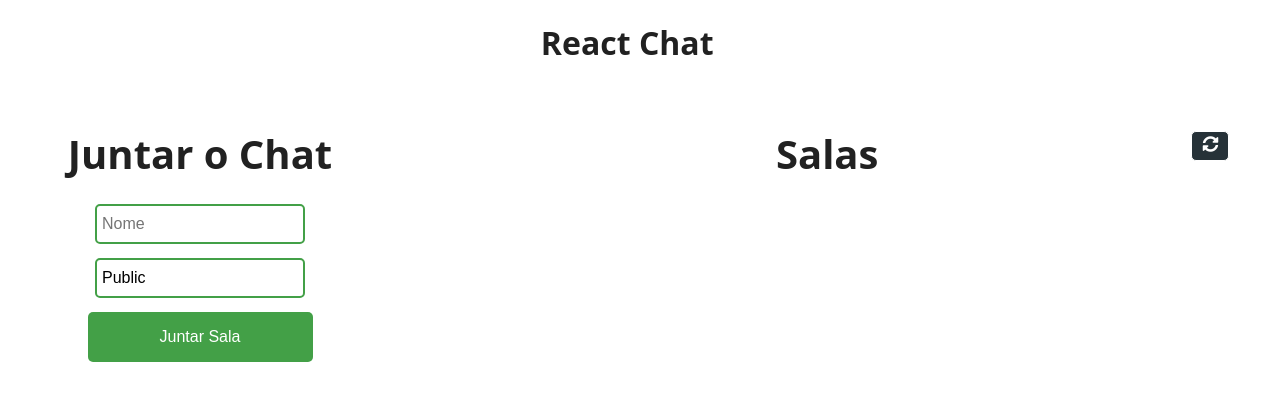
Repository: hierotsu/chat-rooms-react-
Page: / (app in client/)
An editor plug-in stored every save of this project. The page is shown before and after the next save, followed by the edit.
The browser window is 1280 px wide. The pictures show the whole page.
The page's requests for data from a server got no answer. The project was rebuilt for these pictures with package versions that can differ from the ones it lists, and the page was loaded fresh each time. No one was signed in, and anything a server would have sent is missing. Also part of the build but not shown: client/src/components/User.js, client/src/components/Chat.js.

Above is the page before, as saved 2022-02-02 17:18:57.

### client/public/index.html
<!DOCTYPE html>
<html lang="en">
	<head>
		<meta charset="utf-8" />
		<link rel="icon" href="%PUBLIC_URL%/favicon.ico" />
		<meta name="viewport" content="width=device-width, initial-scale=1" />
		<meta name="theme-color" content="#000000" />
		<meta
			name="description"
			content="Web site created using create-react-app"
		/>
		<link rel="apple-touch-icon" href="%PUBLIC_URL%/logo192.png" />
		<!--
      manifest.json provides metadata used when your web app is installed on a
      user's mobile device or desktop. See https://developers.google.com/web/fundamentals/web-app-manifest/
    -->
		<link rel="manifest" href="%PUBLIC_URL%/manifest.json" />
		<!--
      Notice the use of %PUBLIC_URL% in the tags above.
      It will be replaced with the URL of the `public` folder during the build.
      Only files inside the `public` folder can be referenced from the HTML.

      Unlike "/favicon.ico" or "favicon.ico", "%PUBLIC_URL%/favicon.ico" will
      work correctly both with client-side routing and a non-root public URL.
      Learn how to configure a non-root public URL by running `npm run build`.
    -->
		<link
			rel="stylesheet"
			href="https://cdnjs.cloudflare.com/ajax/libs/font-awesome/5.15.4/css/all.min.css"
		/>
		<title>React App</title>
	</head>
	<body>
		<noscript>You need to enable JavaScript to run this app.</noscript>
		<div id="root"></div>
		<!--
      This HTML file is a template.
      If you open it directly in the browser, you will see an empty page.

      You can add webfonts, meta tags, or analytics to this file.
      The build step will place the bundled scripts into the <body> tag.

      To begin the development, run `npm start` or `yarn start`.
      To create a production bundle, use `npm run build` or `yarn build`.
    --></body>
</html>

### client/src/App.js
import { useState, useEffect, useRef } from 'react'
import io from 'socket.io-client'

import Chat from './components/Chat';
import Rooms from './components/Rooms'

import './App.css';

export const SERVER_URL = "http://localhost:3001"

const connect = () => {
  return io.connect(SERVER_URL,
    { query: { id: Math.floor(Math.random() * 1000) } })
}

const socket = connect()

function App() {
  const [username, setUsername] = useState('')
  const [room, setRoom] = useState('Public')
  const [joinButtonDisabled, setJoinButtonDisabled] = useState(true)
  const [showChat, setShowChat] = useState(false)
  const usernameRef = useRef()
  const roomRef = useRef()


  useEffect(() => {
    if (!!username) {
      usernameRef.current.focus()
    }
  }, [])

  useEffect(() => {
    setJoinButtonDisabled(username === '' || room === '')
  }, [username, room])



  const joinRoom = (room_ext) => {
    console.log('SOCKET Join', socket, socket.id, room_ext)
    if (typeof room_ext !== "undefined")
      setRoom(room_ext);
    else
      room_ext = room;
    if (username !== '' && room !== '') {
      if (!socket.connected)
        socket.open()

      socket.emit('join_room', room_ext, username)
      setShowChat(true)
    }
    else if (username === '') {
      usernameRef.current.focus()
    }
    else if (room === '') {
      roomRef.current.focus()
    }
  }

  function logoutHandle() {
    setShowChat(false)
  }

  return (
    <div className="App">
      <h1>React Chat</h1>
      <div className="chat-ini-container">

        {!showChat ?
          <>
            <div className="joinChatContainer">
              <h3>Juntar o Chat</h3>
              <input type="text" placeholder='Nome' onKeyPress={e => { e.key === 'Enter' && e.target.value !== '' && joinRoom() }}
                onChange={e => setUsername(e.target.value)}
                value={username}
                ref={usernameRef} />
              <input type="text" placeholder='Sala' onKeyPress={e => { e.key === 'Enter' && e.target.value !== '' && joinRoom() }}
                onChange={e => setRoom(e.target.value)}
                value={room}
                ref={roomRef} />
              <button onClick={e => joinRoom()} disabled={joinButtonDisabled}>Juntar Sala</button>
            </div>
            <Rooms socket={socket} joinRoom={joinRoom} />
          </>
          :
          <Chat socket={socket} username={username} room={room} onClose={logoutHandle} />
        }
      </div>
    </div>
  );
}

export default App;

### client/src/components/Rooms.js
import { useState, useEffect } from 'react';
import io from 'socket.io-client'


export default function Rooms({ socket, joinRoom }) {
    const [rooms, setRooms] = useState([])

    useEffect(() => {
        console.log('Socket changed useEffect', socket, socket.id)
        // if (!socket.connected)
        socket.close()
        socket.open()
        socket.emit('get-rooms', setRooms)

        // socket.on('receive-rooms', roomsReceived)
    }, [socket])


    const refreshHandle = () => {
        socket.emit('get-rooms', setRooms)
    }


    const listRooms = () => {
        return rooms.map((room, ind) => {
            return <div key={'chat-room-' + ind} onClick={joinRoom.bind(null, room.name)}>Sala {room.name} com {room.usersTotal} utilizadores</div>
        })
    }

    return <div className="rooms-container">
        <div className="rooms-container-header">
            <h3>Salas</h3>
            <div className="action-bar">
                <button onClick={refreshHandle}><i className="fas fa-sync-alt"></i></button>
            </div>
        </div>
        <div className="rooms-list">
            {listRooms()}
        </div>
    </div>;
}

### client/src/App.css
* {
	box-sizing: border-box;
}

.App {
	width: 98vw;
	height: 97vh;
	background: #fff;
	color: #212121;
	font-family: "Open Sans", sans-serif;
	text-align: center;
}
body {
	margin: 0%;
	padding: 0%;
}
@import url("https://fonts.googleapis.com/css?family=Open+Sans:300,400,700");

button:hover {
	cursor: pointer;
}

.chat-ini-container {
	display: flex;
}

.joinChatContainer {
	display: flex;
	flex-direction: column;
	text-align: center;
	min-width: 400px;
}

.rooms-container h3,
.joinChatContainer h3 {
	font-size: 2.5rem;
	margin-bottom: 1rem;
}
.joinChatContainer input {
	width: 210px;
	height: 40px;
	margin: 7px auto;
	border: 2px solid #43a047;
	border-radius: 5px;
	padding: 5px;
	font-size: 16px;
}

.joinChatContainer button {
	width: 225px;
	height: 50px;
	margin: 7px auto;
	border: none;
	border-radius: 5px;
	padding: 5px;
	font-size: 16px;
	background: #43a047;
	color: #fff;
	cursor: pointer;
}

.joinChatContainer button:hover {
	background: #2e7d32;
}
.chat-container {
	display: flex;
	flex: 1;
	min-height: 0px;
}
.chat-window {
	width: 90vw;
	height: 90vh;
	max-width: 600px;
	max-height: 600px;
	display: flex;
	flex-direction: column;
	margin: 10px auto;
}
.chat-window.isReduced {
	height: 45px;
	overflow: hidden;
}
.chat-window p {
	margin: 0;
}

.chat-users {
	width: fit-content;
	max-width: 200px;
	border: 1px solid black;
	padding: 0px 10px;
}
.chat-users > div {
	font-weight: bold;
}
.chat-window .chat-header {
	height: 45px;
	border-top-left-radius: 6px;
	border-top-right-radius: 6px;
	background: #263238;
	position: relative;
	cursor: pointer;
}
.chat-header-room {
	position: absolute;
	left: 0;
}
.chat-window .chat-header p {
	display: block;
	padding: 0 1em 0 2em;
	color: #fff;
	font-weight: 700;
	line-height: 45px;
}

.chat-window .chat-body {
	/* height: calc(450px - (45px + 70px)); */
	border: 1px solid #263238;
	background: #fff;
	position: relative;
	flex: 1;
}
.chat-window .chat-body .message-container {
	width: 100%;
	height: 100%;
	overflow-y: auto;
	overflow-x: hidden;
}

.chat-window .chat-body .message-container::-webkit-scrollbar {
	display: none;
}
.chat-window .chat-body .message {
	height: auto;
	padding: 10px;
	display: flex;
}

.chat-window .chat-body .message .message-content {
	width: auto;
	height: auto;
	min-height: 40px;
	max-width: 120px;
	background-color: #43a047;
	border-radius: 5px;
	color: white;
	display: flex;
	align-items: center;
	margin-right: 5px;
	margin-left: 5px;
	padding-right: 5px;
	padding-left: 5px;
	overflow-wrap: break-word;
	word-break: break-word;
}

#you {
	justify-content: flex-start;
}

#you .message-content {
	justify-content: flex-start;
}

#you .message-meta {
	justify-content: flex-start;
	margin-left: 5px;
}

#other.new-chatter .message-content {
	background-color: aliceblue;
	color: black;
}
#other.new-chatter .message-content,
#other.new-chatter #time {
	font-style: italic;
	font-size: smaller;
}

#other {
	justify-content: flex-end;
}

#other .message-content {
	justify-content: flex-end;
	background-color: cornflowerblue;
}

#other .message-meta {
	justify-content: flex-end;
	margin-right: 5px;
}

.message-meta #author {
	margin-left: 10px;
	font-weight: bold;
}

.chat-window .chat-body .message .message-meta {
	display: flex;
	font-size: 12px;
}

.chat-window .chat-footer {
	height: 40px;
	border: 1px solid #263238;
	border-top: none;
	display: flex;
}

.chat-window .chat-footer input {
	height: 100%;
	flex: 85%;
	border: 0;
	padding: 0 0.7em;
	font-size: 1em;
	border-right: 1px dotted #607d8b;

	outline: none;
	font-family: "Open Sans", sans-serif;
}

.chat-window .chat-footer button {
	border: 0;
	display: grid;
	place-items: center;
	cursor: pointer;
	flex: 15%;
	height: 100%;
	background: transparent;
	outline: none;
	font-size: 25px;
	color: lightgray;
}

.chat-window .chat-footer button:hover {
	color: #43a047;
}
.hide {
	opacity: 0 !important;
}

.action-bar {
	position: absolute;
	top: 5px;
	right: 2px;
}
.action-bar button {
	background: #263238;
	font-size: 1rem;
	color: white;
	border: 1px solid white;
	border-radius: 5px;
	padding: 4px 10px 6px 10px;
	margin: 0 3px;
}

/*****	ROOMS *****/
.rooms-container {
	text-align: center;
	flex: 1;
	min-height: 0;
	padding: 0 20px;
}
.rooms-container-header {
	position: relative;
}
.room-list {
	overflow-y: auto;
}
.rooms-list > div {
	margin: 20px;
	padding: 20px;
	border: 2px solid #43a047;
	border-radius: 5px;
}
.rooms-list > div:hover {
	cursor: pointer;
	background: #43a047;
	color: white;
}

Loaded but not shown: client/src/index.js (common file); client/src/index.css (common file)

After the next save:
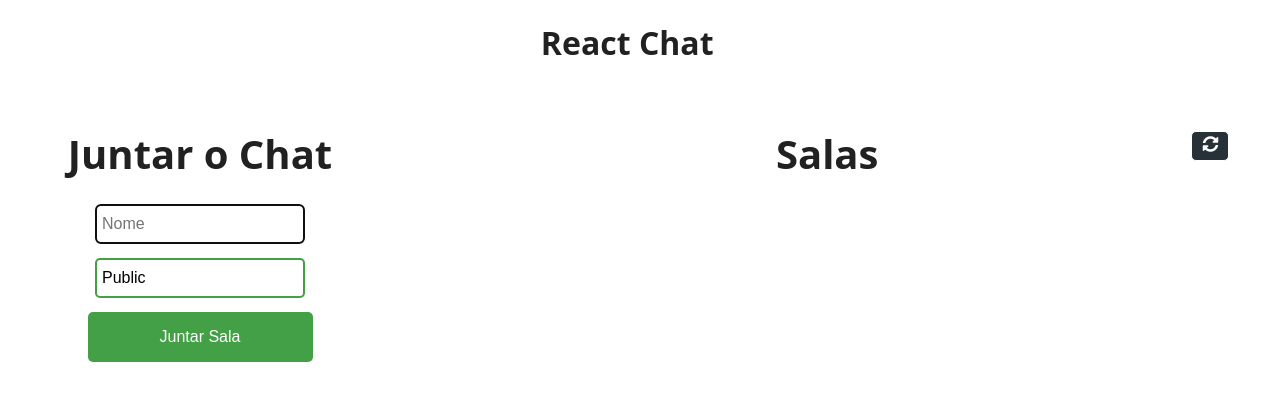
Saved 19 s later.
--- a/client/src/App.js
+++ b/client/src/App.js
@@ -25,7 +25,7 @@ function App() {
 
 
   useEffect(() => {
-    if (!!username) {
+    if (username === "") {
       usernameRef.current.focus()
     }
   }, [])
